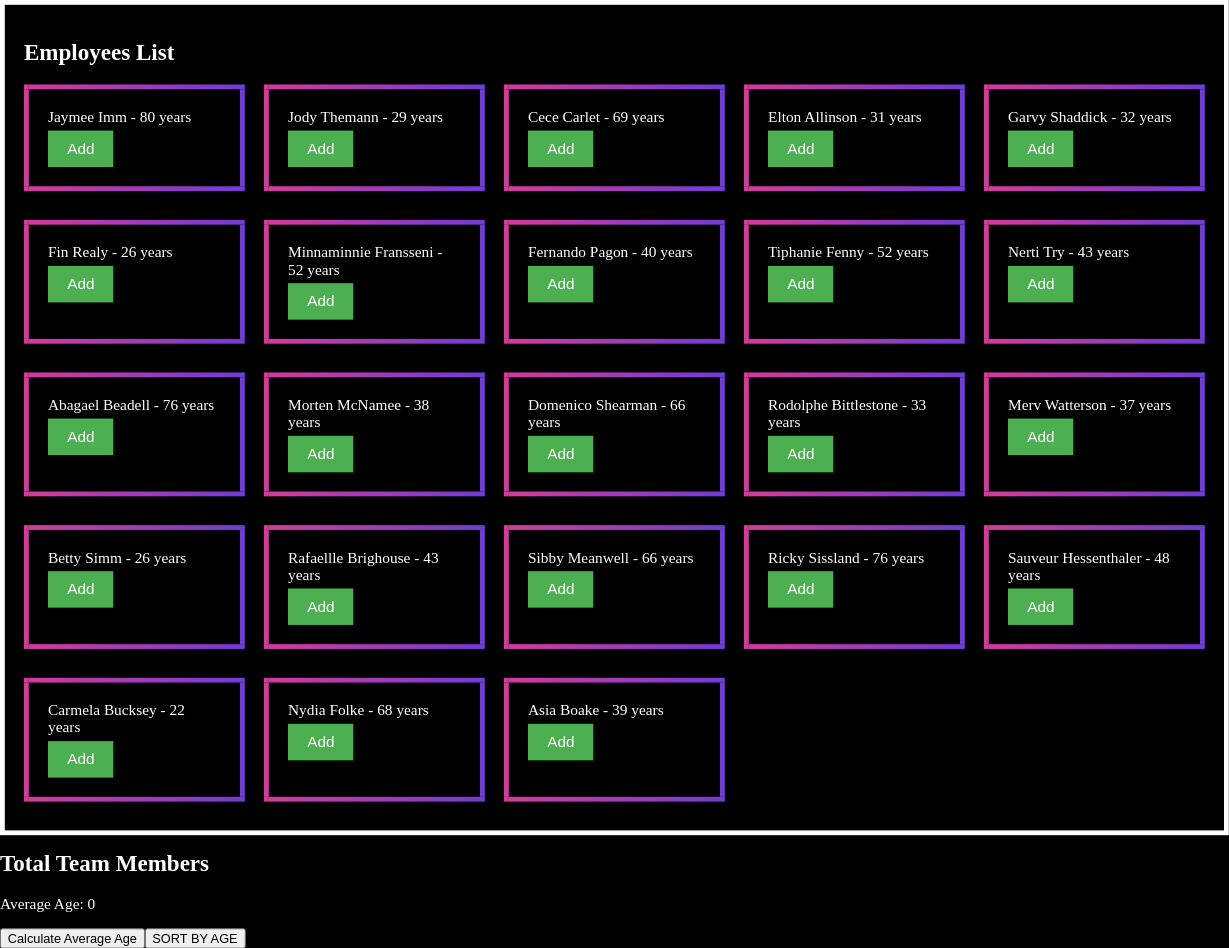
Repository: sriram1224/Teams-list
Page: /
An editor plug-in stored every save of this project. The page is shown before and after the next save, followed by the edit.
The browser window is 1280 px wide. The pictures show the whole page, at 96% of full size.
The project was rebuilt for these pictures with package versions that can differ from the ones it lists, and the page was loaded fresh each time.

Above is the page before, as saved 2024-03-27 00:06:25.

After the next save:
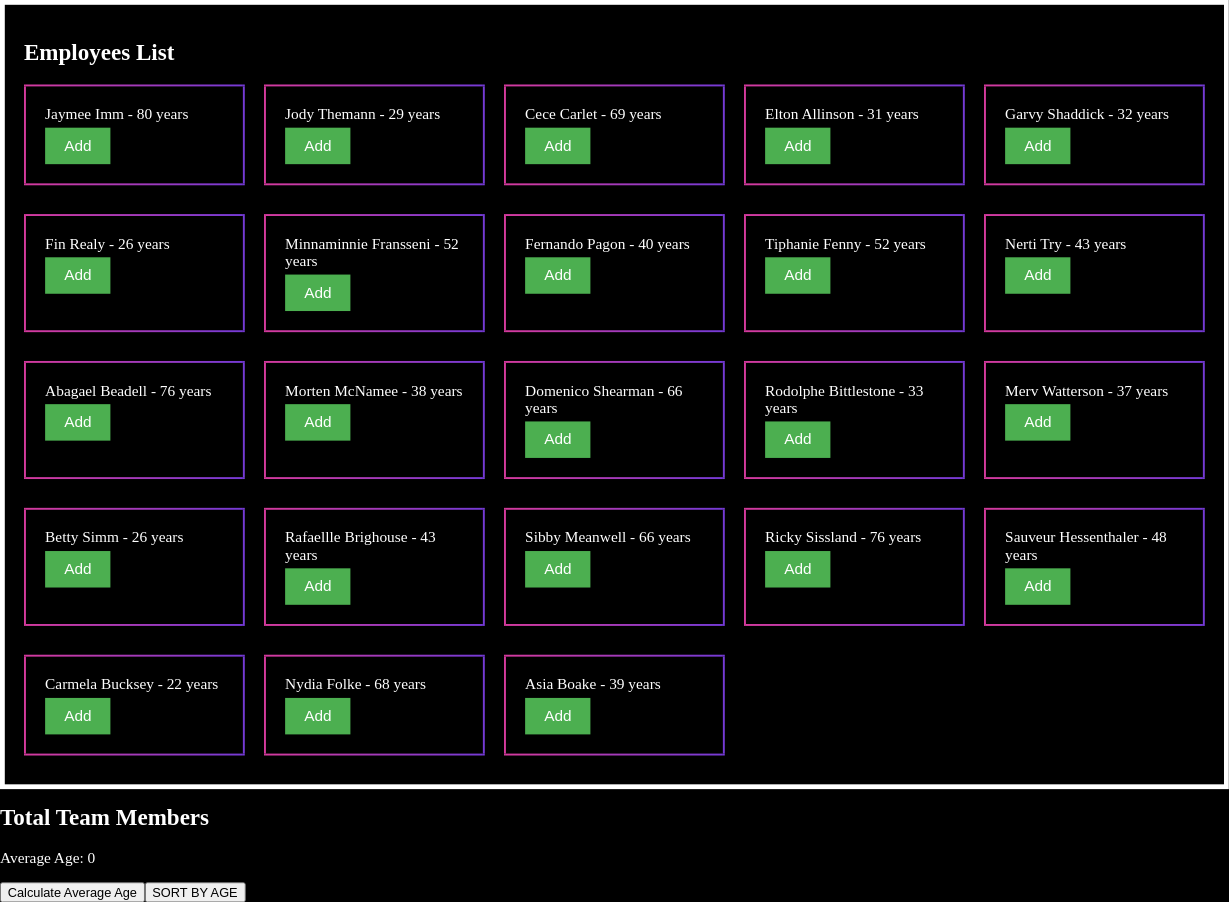
Saved 81 s later.
--- a/src/list.css
+++ b/src/list.css
@@ -15,7 +15,7 @@
     padding: 20px;
         border: 4px solid;
         border-image-slice: 1;
-        border-width: 5px;
+        border-width: 2px;
         color: white;
 }
 
